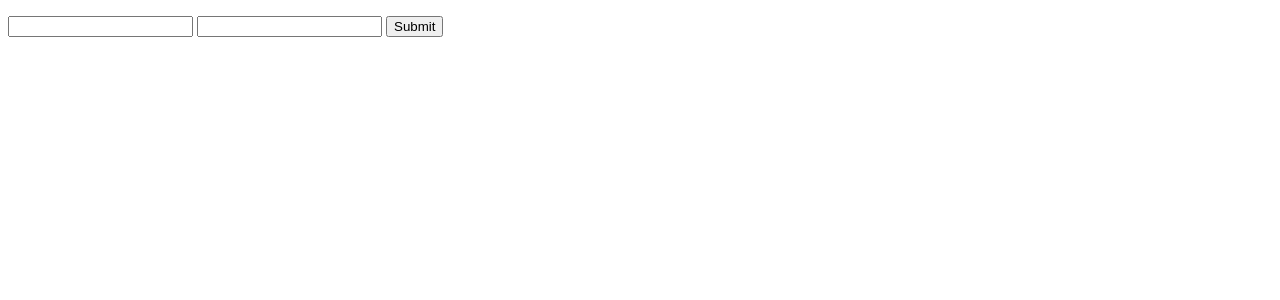
Repository: anisha-r/Sts
Page: Add/src/main/webapp/add.html
The author's editor kept a copy of each file at every save. The page is drawn from the files as they stood at one save, then again after the next save.
The browser window is 1280 px wide. The pictures show the whole page.

Above is the page before, as saved 2019-10-21 07:11:29.

After the next save:
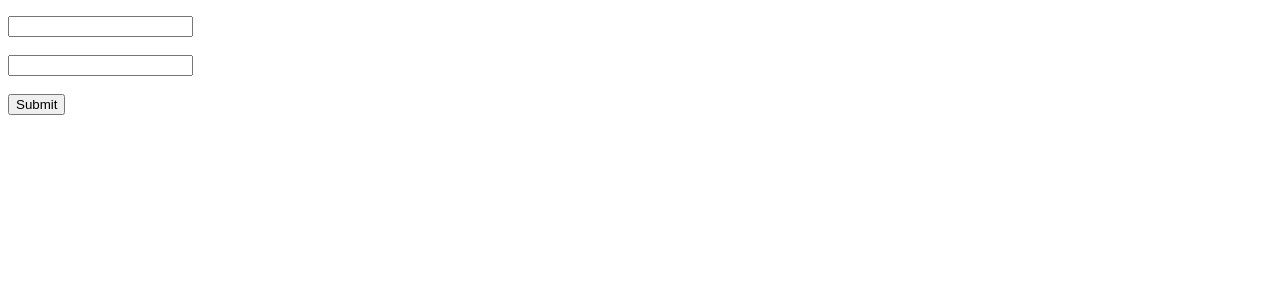
Saved 19 s later.
--- a/Add/src/main/webapp/add.html
+++ b/Add/src/main/webapp/add.html
@@ -9,8 +9,8 @@
  <form action="add">
    <p>
 
-    <input type="text" name="t1" />
-    <input type="text" name="t2" />
+    <input type="text" name="t1" /><br/><br/>
+    <input type="text" name="t2" /><br/><br/>
     <input type="submit" />
 
 
